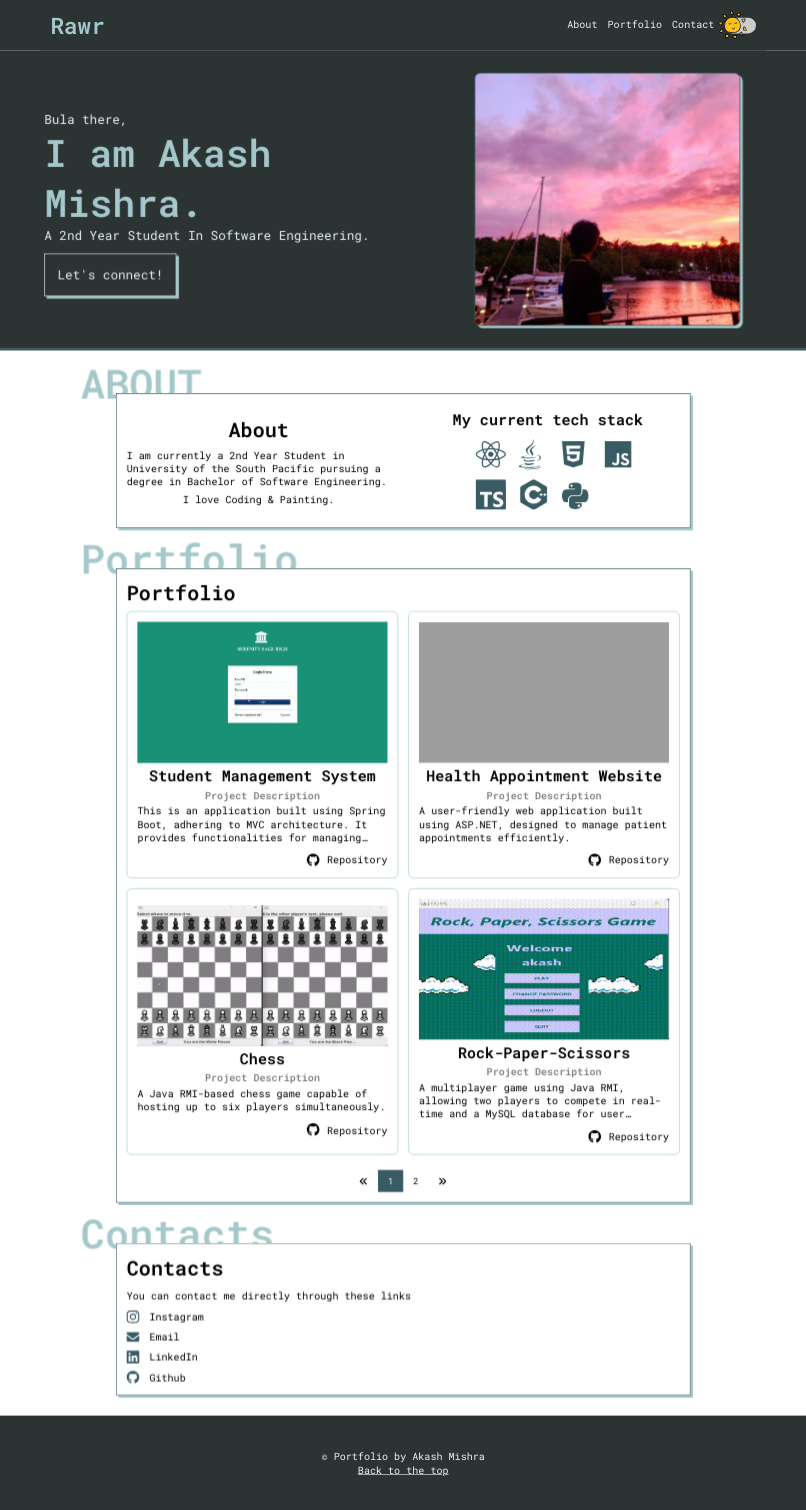
Repository: akashrawr/portfolio
Page: /
These files come from the project's save history. The page is drawn as it stood at one moment and after a run of saves; the edit follows.
The browser window is 1280 px wide. The pictures show the whole page, at 63% of full size.
Pictures or frames that could not be fetched are drawn as grey boxes. The project was rebuilt for these pictures with package versions that can differ from the ones it lists, and the page was loaded fresh each time.

Above is the page before, as saved 2024-12-12 13:32:27.

After the next 2 saves:
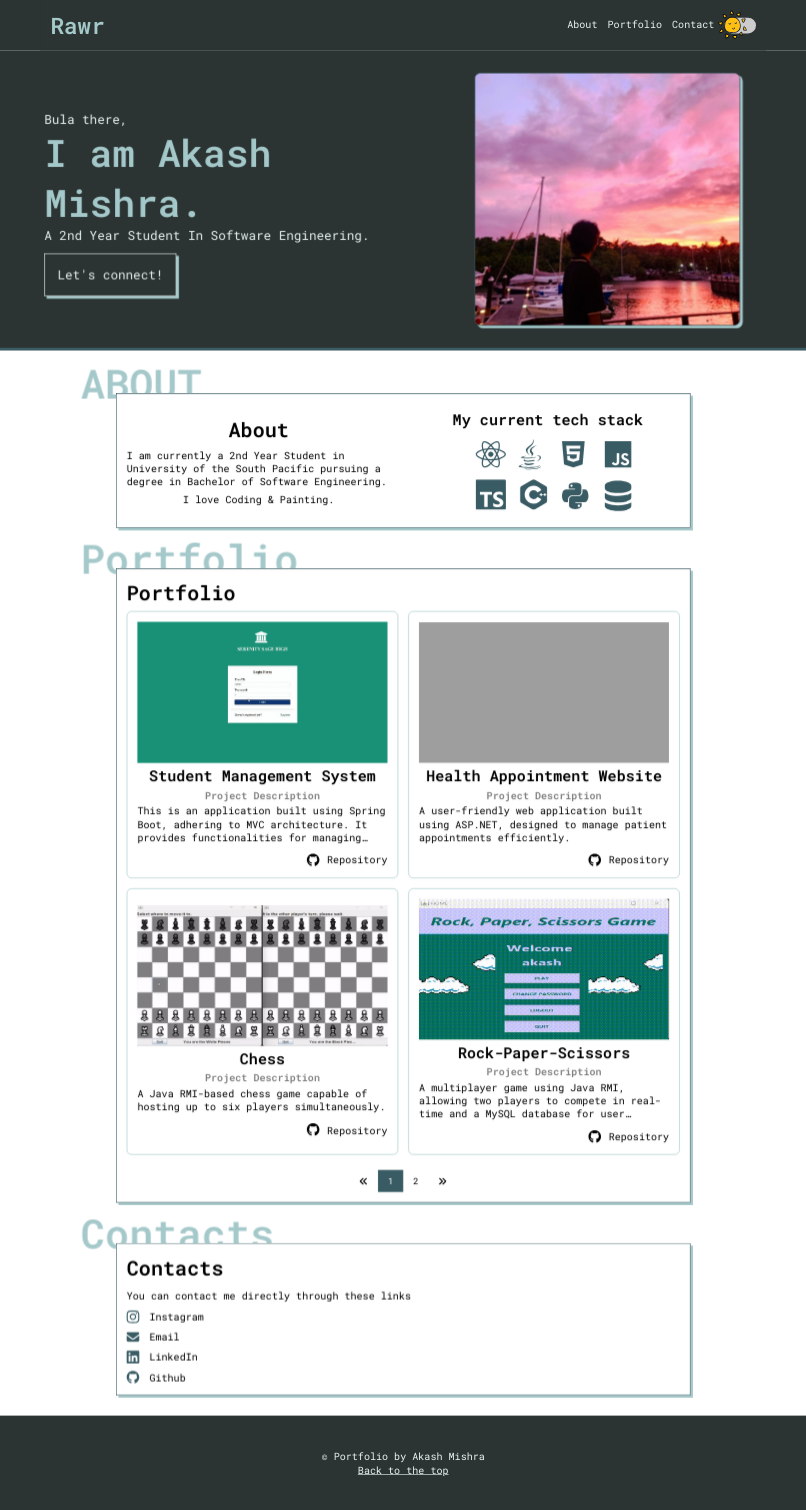
The 2 saves are shown as one change because 1 did not build or start.
The last was saved 80 s later.
--- a/src/components/About.js
+++ b/src/components/About.js
@@ -1,7 +1,8 @@
 import React from 'react';
 import { FontAwesomeIcon } from '@fortawesome/react-fontawesome';
-import { faReact, faJava, faHtml5, faJs, faPython, faDatabase } from '@fortawesome/free-brands-svg-icons';
+import { faReact, faJava, faHtml5, faJs, faPython } from '@fortawesome/free-brands-svg-icons';
 import { SiTypescript, SiCplusplus } from 'react-icons/si';
+import { faDatabase } from '@fortawesome/free-solid-svg-icons';
 
 function About() {
   return (
